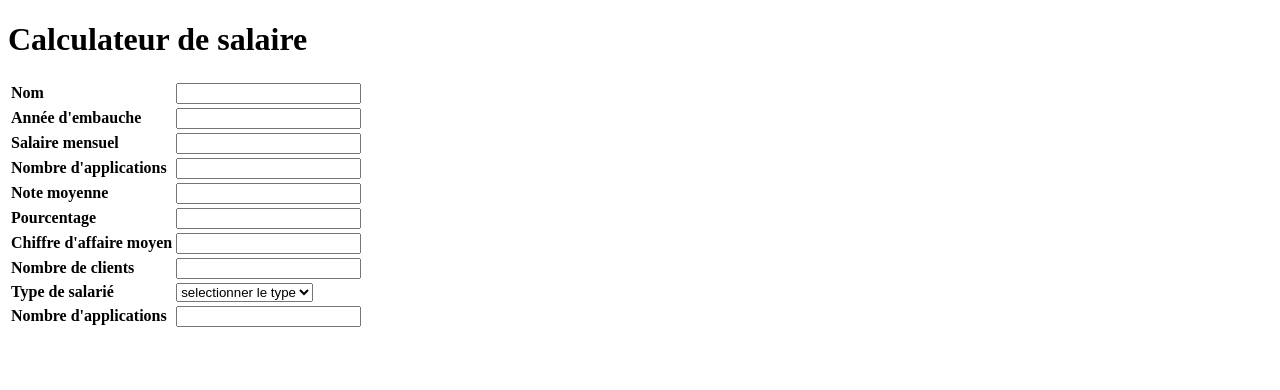
Repository: AgatheLM/formation_js
Page: insee-travaux-js/insee-client-js/tp2.html
The author's editor kept a copy of each file at every save. The page is drawn from the files as they stood at one save, then again after the next save.
The browser window is 1280 px wide. The pictures show the whole page.

Above is the page before, as saved 2018-01-25 09:55:40.

### insee-travaux-js/insee-client-js/tp2.html
<!DOCTYPE html>
<html>
<head>
	<meta charset="utf-8">
	<meta http-equiv="X-UA-Compatible" content="IE=edge">
	<title>TP 2</title>
	<script type="text/javascript" src="scripts/TP2/classe.js"></script>
</head>

<body>
<h1> Calculateur de salaire</h1>
<form>
<table>
	<tbody>
		<tr>
			<td> <label for="nom"> <strong> Nom </strong> </label></td>
			<td> <input type="text" id="nom" name="nom" value=""> </td>
		</tr>
		<tr>
			<td> <label for="anEmbauche"> <strong> Année d'embauche </strong> </label></td>
			<td> <input type="text" id="anEmbauche" name="anEmbauche" value=""> </td>
		</tr>
		<tr>
			<td> <label for="salaireM"> <strong> Salaire mensuel </strong> </label></td>
			<td> <input type="text" id="salaireM" name="salaireM" value=""> </td>
		</tr>
		<tr>
			<td> <label for="nbAppli"> <strong> Nombre d'applications </strong> </label></td>
			<td> <input type="text" id="nbAppli" name="nbAppli" value=""> </td>
		</tr>
		<tr>
			<td> <label for="note"> <strong> Note moyenne </strong> </label></td>
			<td> <input type="text" id="note" name="note" value=""> </td>
		</tr>
		<tr>
			<td> <label for="pourcent"> <strong> Pourcentage </strong> </label></td>
			<td> <input type="text" id="pourcent" name="pourcent" value=""> </td>
		</tr>
		<tr>
			<td> <label for="caMoy"> <strong> Chiffre d'affaire moyen </strong> </label></td>
			<td> <input type="text" id="caMoy" name="caMoy" value=""> </td>
		</tr>
		<tr>
			<td> <label for="nbClient"> <strong> Nombre de clients </strong> </label></td>
			<td> <input type="text" id="nbClient" name="nbClient" value=""> </td>
		</tr>
		<tr>
			<td> <label for="typeSalarie"> <strong>Type de salarié </strong> </label></td>
			<td><select name="typeSalarie" id="typeSalarie">
						<option value="none">selectionner le type</option>
						<option value="dev">Developpeur</option>
						<option value="com">Commercial</option>
				</select></td>
		</tr>
		<tr>
			<td> <label for="nbAppli"> <strong> Nombre d'applications </strong> </label></td>
			<td> <input type="text" id="nbAppli" name="nbAppli" value=""> </td>
		</tr>
	</tbody>
</table>
</form>
</body>

### insee-travaux-js/insee-client-js/scripts/TP2/classe.js
/*******************************************************************************
 * Personnel *
 ******************************************************************************/

function Personnel(nom, anEmbauche, salaireM) {
	// Attributs
	this.nom = nom;
	this.anEmbauche = anEmbauche;
	this.salaireM = salaireM;
}

//Méthodes
Personnel.prototype.getSalaireA = function() {
	return 12 * this.salaireM;
}
Personnel.prototype.getAnciennete = function() {
	var today=new Date();
	var anneeEnCours = today.getFullYear();
	return anneeEnCours-anAmbauche;
}

/*******************************************************************************
 * Developpeur *
 ******************************************************************************/

function Developpeur(nom, anEmbauche, salaireM, nbApp, note) {
	// Attributs parents
	Personnel.call(this, nom, anEmbauche, salaireM);
	// Attributs propres
	this.nbApp = nbApp;
	this.note = note;
}

/*******************************************************************************
 * Commercial *
 ******************************************************************************/

function Commercial(nom, anEmbauche, salaireM, nbClient, caMoy) {
	// Attributs parents
	Personnel.call(this, nom, anEmbauche, salaireM);
	// Attributs propres
	this.nbClient = nbClient;
	this.caMoy = caMoy;
}

//Méthodes
/**On instancie le fait que commercial est une instance de personnel pour pouvoire hériter des méthodes*/
Commercial.prototype= new Personnel();
Commercial.prototype.getSalaireA = function(pourcentage){
	var salaireA = this.constructor.prototype.getSalaireA.call(this);
	return salaireA + (this.caMoy*pourcentage/100);
}

After the next save:
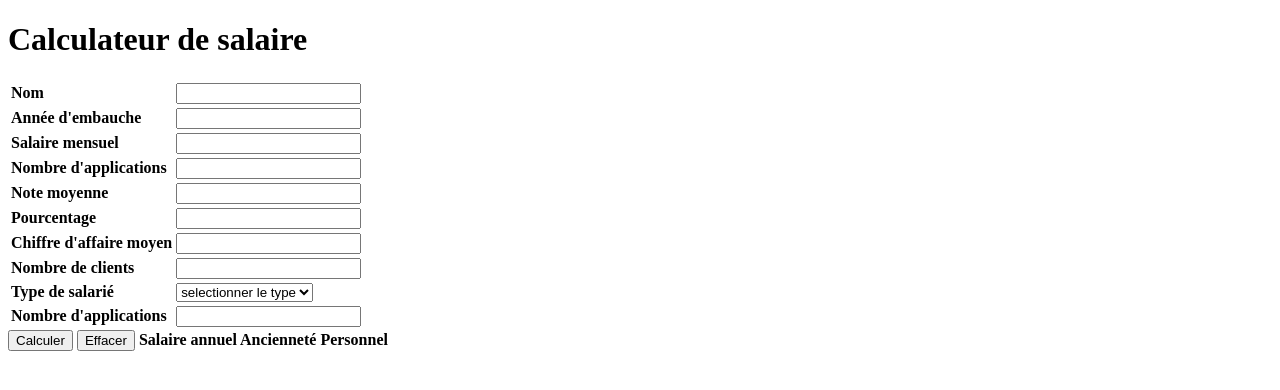
Saved 19 min 26 s later.
--- a/insee-travaux-js/insee-client-js/tp2.html
+++ b/insee-travaux-js/insee-client-js/tp2.html
@@ -10,53 +10,62 @@
 <body>
 <h1> Calculateur de salaire</h1>
 <form>
-<table>
-	<tbody>
-		<tr>
-			<td> <label for="nom"> <strong> Nom </strong> </label></td>
-			<td> <input type="text" id="nom" name="nom" value=""> </td>
-		</tr>
-		<tr>
-			<td> <label for="anEmbauche"> <strong> Année d'embauche </strong> </label></td>
-			<td> <input type="text" id="anEmbauche" name="anEmbauche" value=""> </td>
-		</tr>
-		<tr>
-			<td> <label for="salaireM"> <strong> Salaire mensuel </strong> </label></td>
-			<td> <input type="text" id="salaireM" name="salaireM" value=""> </td>
-		</tr>
-		<tr>
-			<td> <label for="nbAppli"> <strong> Nombre d'applications </strong> </label></td>
-			<td> <input type="text" id="nbAppli" name="nbAppli" value=""> </td>
-		</tr>
-		<tr>
-			<td> <label for="note"> <strong> Note moyenne </strong> </label></td>
-			<td> <input type="text" id="note" name="note" value=""> </td>
-		</tr>
-		<tr>
-			<td> <label for="pourcent"> <strong> Pourcentage </strong> </label></td>
-			<td> <input type="text" id="pourcent" name="pourcent" value=""> </td>
-		</tr>
-		<tr>
-			<td> <label for="caMoy"> <strong> Chiffre d'affaire moyen </strong> </label></td>
-			<td> <input type="text" id="caMoy" name="caMoy" value=""> </td>
-		</tr>
-		<tr>
-			<td> <label for="nbClient"> <strong> Nombre de clients </strong> </label></td>
-			<td> <input type="text" id="nbClient" name="nbClient" value=""> </td>
-		</tr>
-		<tr>
-			<td> <label for="typeSalarie"> <strong>Type de salarié </strong> </label></td>
-			<td><select name="typeSalarie" id="typeSalarie">
-						<option value="none">selectionner le type</option>
-						<option value="dev">Developpeur</option>
-						<option value="com">Commercial</option>
-				</select></td>
-		</tr>
-		<tr>
-			<td> <label for="nbAppli"> <strong> Nombre d'applications </strong> </label></td>
-			<td> <input type="text" id="nbAppli" name="nbAppli" value=""> </td>
-		</tr>
-	</tbody>
-</table>
+	<table>
+		<tbody>
+			<tr>
+				<td> <label for="nom"> <strong> Nom </strong> </label></td>
+				<td> <input type="text" id="nom" name="nom" value=""> </td>
+			</tr>
+			<tr>
+				<td> <label for="anEmbauche"> <strong> Année d'embauche </strong> </label></td>
+				<td> <input type="text" id="anEmbauche" name="anEmbauche" value=""> </td>
+			</tr>
+			<tr>
+				<td> <label for="salaireM"> <strong> Salaire mensuel </strong> </label></td>
+				<td> <input type="text" id="salaireM" name="salaireM" value=""> </td>
+			</tr>
+			<tr>
+				<td> <label for="nbAppli"> <strong> Nombre d'applications </strong> </label></td>
+				<td> <input type="text" id="nbAppli" name="nbAppli" value=""> </td>
+			</tr>
+			<tr>
+				<td> <label for="note"> <strong> Note moyenne </strong> </label></td>
+				<td> <input type="text" id="note" name="note" value=""> </td>
+			</tr>
+			<tr>
+				<td> <label for="pourcent"> <strong> Pourcentage </strong> </label></td>
+				<td> <input type="text" id="pourcent" name="pourcent" value=""> </td>
+			</tr>
+			<tr>
+				<td> <label for="caMoy"> <strong> Chiffre d'affaire moyen </strong> </label></td>
+				<td> <input type="text" id="caMoy" name="caMoy" value=""> </td>
+			</tr>
+			<tr>
+				<td> <label for="nbClient"> <strong> Nombre de clients </strong> </label></td>
+				<td> <input type="text" id="nbClient" name="nbClient" value=""> </td>
+			</tr>
+			<tr>
+				<td> <label for="typeSalarie"> <strong>Type de salarié </strong> </label></td>
+				<td><select name="typeSalarie" id="typeSalarie">
+							<option value="none">selectionner le type</option>
+							<option value="dev">Developpeur</option>
+							<option value="com">Commercial</option>
+					</select></td>
+			</tr>
+			<tr>
+				<td> <label for="nbAppli"> <strong> Nombre d'applications </strong> </label></td>
+				<td> <input type="text" id="nbAppli" name="nbAppli" value=""> </td>
+			</tr>
+		</tbody>
+	</table>
+	<input type="button" value="Calculer" onClick="calculer()">
+	<input type="reset" value="Effacer" onClick="effacer()">
+	<label for="salAn"> <strong> Salaire annuel </strong> </label>
+	<label id="salAn" name="salAn">  </label>
+	<label for="anciennete"> <strong> Ancienneté </strong> </label>
+	<label id="anciennete" name="anciennete"> </label>
+	<label for="persoString"> <strong> Personnel </strong> </label>
+	<label id="persoString" name="persoString"> </label>
+
 </form>
 </body>
